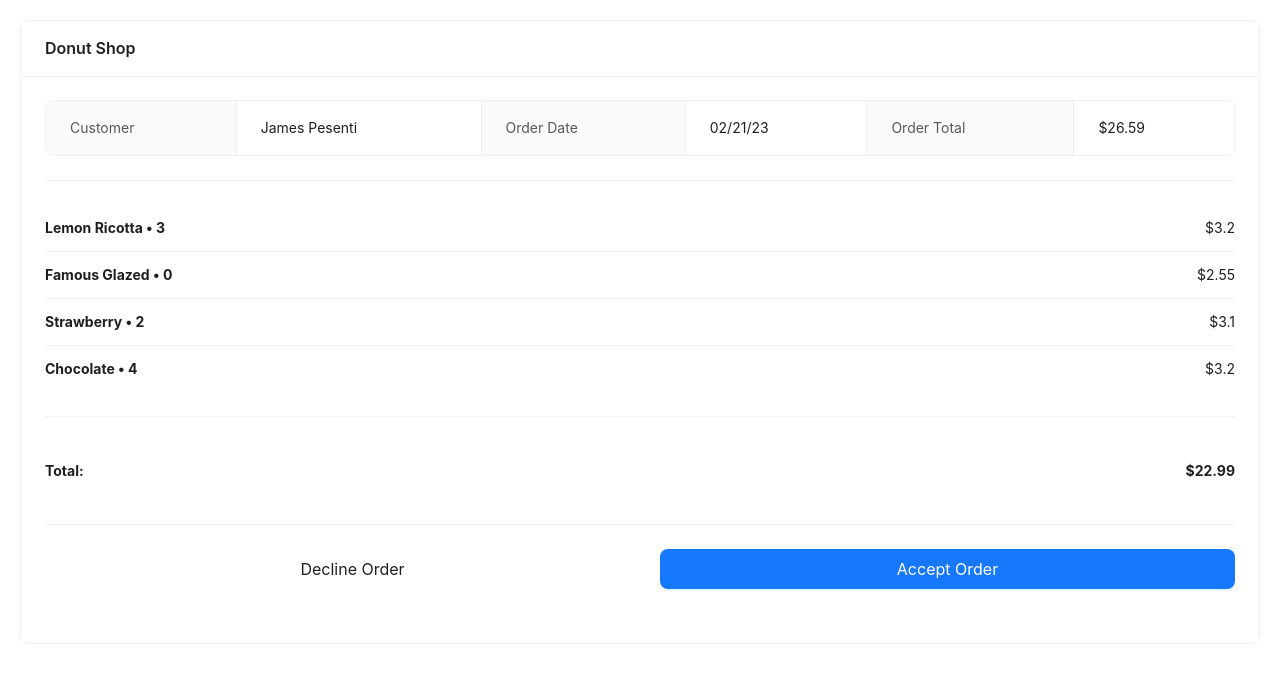
Repository: JamesPesenti/DonutShopDashboard
Page: /menu
These files come from the project's save history. The page is drawn as it stood at one moment and after the next save; the edit follows.
The browser window is 1280 px wide. The pictures show the whole page.
The project was rebuilt for these pictures with package versions that can differ from the ones it lists, and the page was loaded fresh each time.

Above is the page before, as saved 2023-03-22 14:45:06.

### src/App.js
import DetailedOrder from "./screens/DetailedOrder";

function App() {
  return (
    <>
      <DetailedOrder />
    </>
  );
}

export default App;

### src/screens/DetailedOrder.jsx
import { Card, Descriptions, Divider, List, Button } from "antd"
import donuts from "../data/donuts"


const DetailedOrder = () => {
  return (
    <>
    <Card style={{ margin: 20 }} title={"Donut Shop"}>
      <Descriptions bordered column={{lg: 1, md: 1, sm: 1}}>
        <Descriptions.Item label="Customer">
          James Pesenti
        </Descriptions.Item>
        <Descriptions.Item label="Order Date">
          02/21/23
        </Descriptions.Item>
        <Descriptions.Item label="Order Total">
          $26.59
        </Descriptions.Item>
      </Descriptions>
      <Divider />
      <List
        dataSource={donuts}
        renderItem={(donutItem) => (
          <List.Item>
            <div style={{fontWeight: "bold"}}>{donutItem.flavor}   &#8226; {donutItem.quantity}</div>
            <div>${donutItem.price}</div>
          </List.Item>
        )}
      />
      <Divider />
      <div style={styles.totalContainer}>
        <h4>Total:</h4>
        <h4 style={styles.price}>$22.99</h4>
      </div>
      <Divider />
      <div style={styles.buttonsContainer}>
        <Button style={styles.button} block type="danger" size="large">
          Decline Order
        </Button>
        <Button block type="primary" size="large">
          Accept Order
        </Button>
      </div>
    </Card>
  </>
  )
}

export default DetailedOrder

const styles = {
    totalContainer: {
      display: "flex",
      flexDirection: "row",
    },
    price: {
      marginLeft: "auto",
    },
    buttonsContainer: {
      display: "flex",
      flexDirection: "row",
      marginHorizontal: 50,
      paddingBottom: 30
    },
    button: {
      marginRight: 20,
      marginLeft: 20
    }
  }

### src/data/donuts.js
export default [
    {
        flavor: "Lemon Ricotta",
        image: "https://t3.ftcdn.net/jpg/04/90/71/94/240_F_490719448_y4LhTnor5VL2gk9DYhwIw3ZRcZQ1beeD.jpg",
        price: 3.20,
        avgRating: 4.8,
        calories: 190,
        quantity: 3,
        descriptiion: "Made with fresh ricotta and lemon zest",
    },
    {
        flavor: "Famous Glazed",
        image: "https://t3.ftcdn.net/jpg/00/70/16/96/240_F_70169698_gr2Xm6hqPIFLC2kAsjOVRATbBLVDZLn5.jpg",
        price: 2.55,
        avgRating: 4.7,
        calories: 242,
        quantity: 0,
        descriptiion: "Our famous, made fresh everyday glazed",
    },
    {
        flavor: "Strawberry",
        image: "https://t3.ftcdn.net/jpg/00/20/33/94/240_F_20339434_0DNEcWb7vTsrpw1g2tSHmrFc3Fh5G9C6.jpg",
        price: 3.10,
        avgRating: 4.6,
        calories: 189,
        quantity: 2,
        descriptiion: "Made with organic strawberries from florida",
    },
    {
        flavor: "Chocolate",
        image: "https://t3.ftcdn.net/jpg/02/54/64/44/240_F_254644452_0dCYufJiJP5Aw3LxX8x0hzlicqYsb5HR.jpg",
        price: 3.20,
        avgRating: 4.7,
        calories: 297,
        quantity: 4,
        descriptiion: "Tastes like a slice of chocolate cake!",
    },
]

Loaded but not shown: public/index.html (common file); src/index.js (common file); src/index.css (common file)

After the next save:
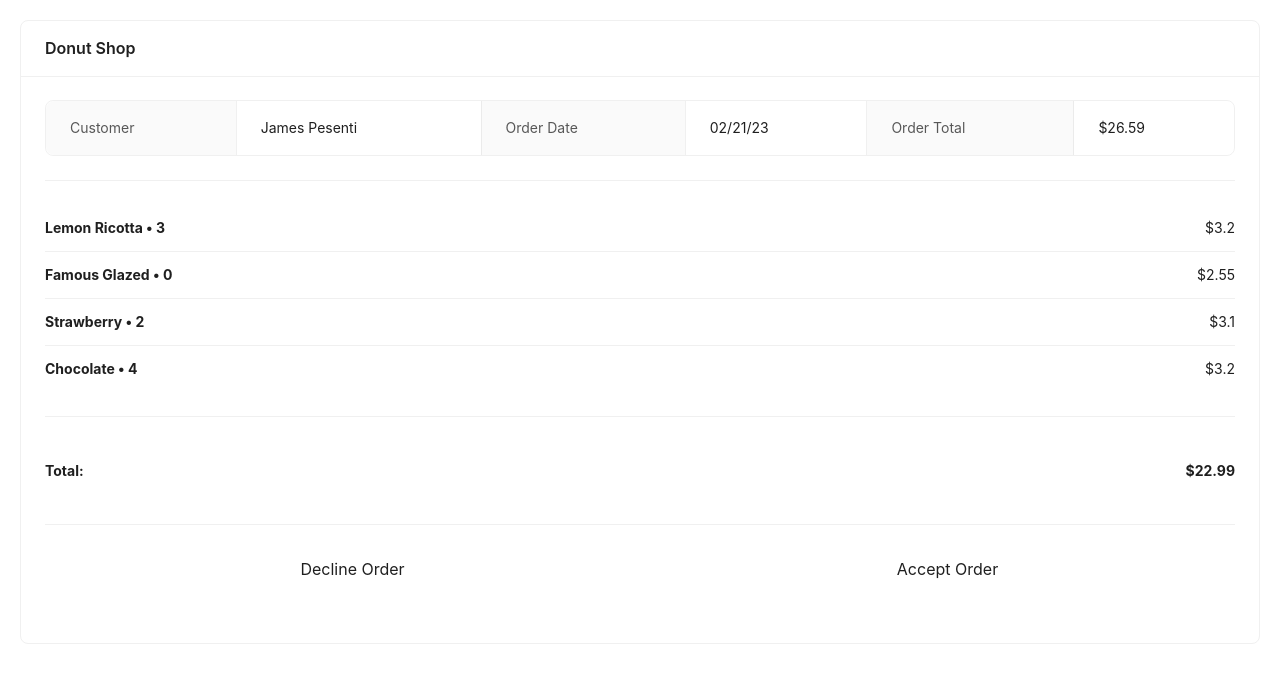
Saved 14 s later.
--- a/src/screens/DetailedOrder.jsx
+++ b/src/screens/DetailedOrder.jsx
@@ -37,7 +37,7 @@ const DetailedOrder = () => {
         <Button style={styles.button} block type="danger" size="large">
           Decline Order
         </Button>
-        <Button block type="primary" size="large">
+        <Button block type="pink" size="large">
           Accept Order
         </Button>
       </div>
